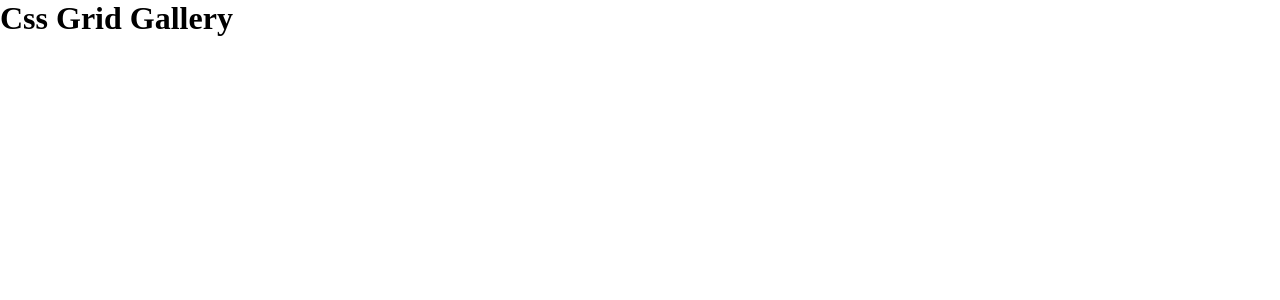
Repository: MrMitchellMoore/css_gallery
Page: index.html
An editor plug-in stored every save of this project. The page is shown before and after the next save, followed by the edit.
The browser window is 1280 px wide. The pictures show the whole page.

Above is the page before, as saved 2020-11-17 18:11:30.

### index.html
<!DOCTYPE html>
<html>

<head>
  <meta charset="utf-8">
  <meta http-equiv="X-UA-Compatible" content="IE=edge">
  <title>Image Grid Gallery</title>
  <meta name="description" content="">
  <meta name="viewport" content="width=device-width, initial-scale=1">
  <link rel="stylesheet" href="./styles.css" media="all">
  <script src="./main.js" async defer></script>
</head>

<body>
  <h1>Css Grid Gallery</h1>
</body>

</html>

Loaded but not shown: styles.css (common file); main.js (no stored copy; drawn as an empty file)

After the next save:
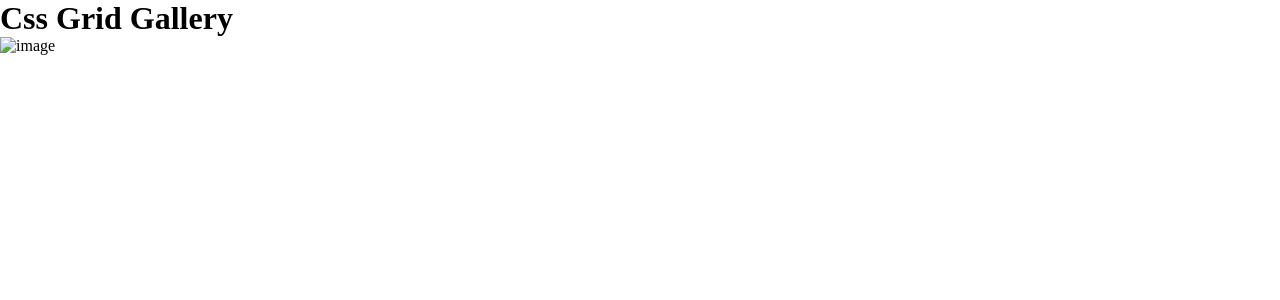
Saved 59 s later.
--- a/index.html
+++ b/index.html
@@ -13,6 +13,13 @@
 
 <body>
   <h1>Css Grid Gallery</h1>
+  <div class="container">
+    <div class="gallery-container">
+      <div class="image">
+        <img src="#" alt="image">
+      </div>
+    </div>
+  </div>
 </body>
 
 </html>
